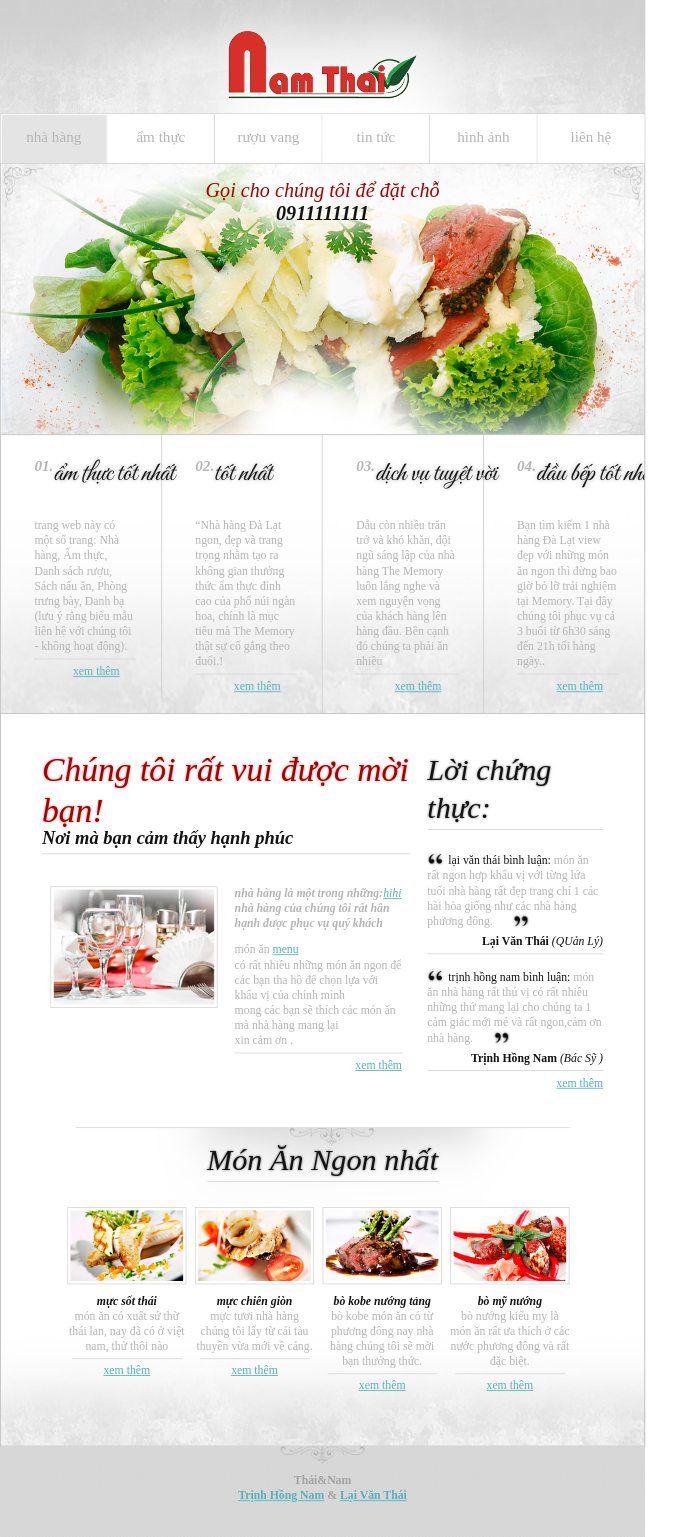
Repository: thaiLVT/DoAnThucTapNamThai
Page: index.html
These files come from the project's save history. The page is drawn as it stood at one moment and after the next save; the edit follows.
The browser window is 768 px wide. The page is 768 px wide, then 805 px, so the pictures cover 805 px, including what lies to the right of the window. The pictures show the whole page, at 84% of full size.

Above is the page before, as saved 2022-04-25 01:08:46.

After the next save:
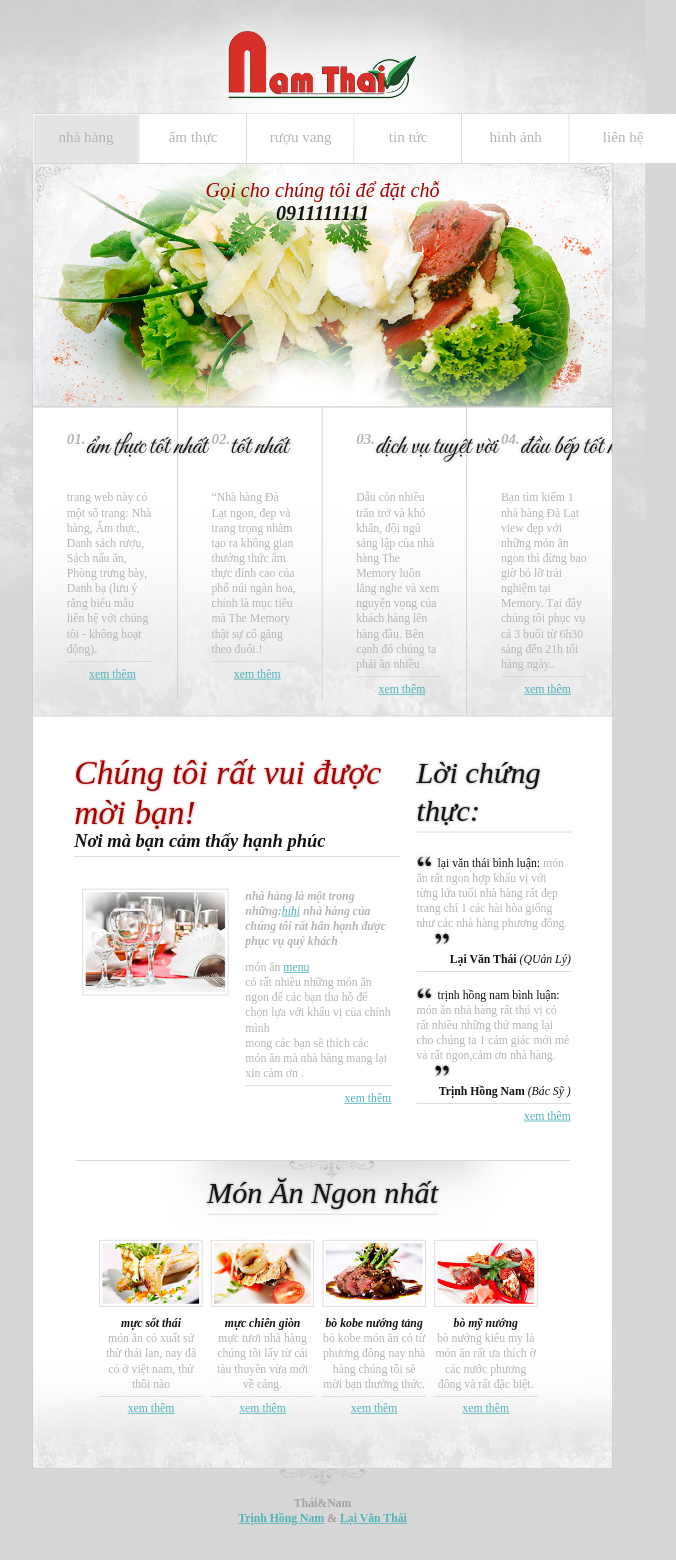
Saved 34 s later.
--- a/css/zerogrid.css
+++ b/css/zerogrid.css
@@ -136,7 +136,7 @@ Author URI: https://www.zerotheme.com/
 
 @media only screen and (min-width: 768px) and (max-width: 949px) {
     .zerogrid {
-        width: 768px;
+        width: 90vw;
     }
 }
 
